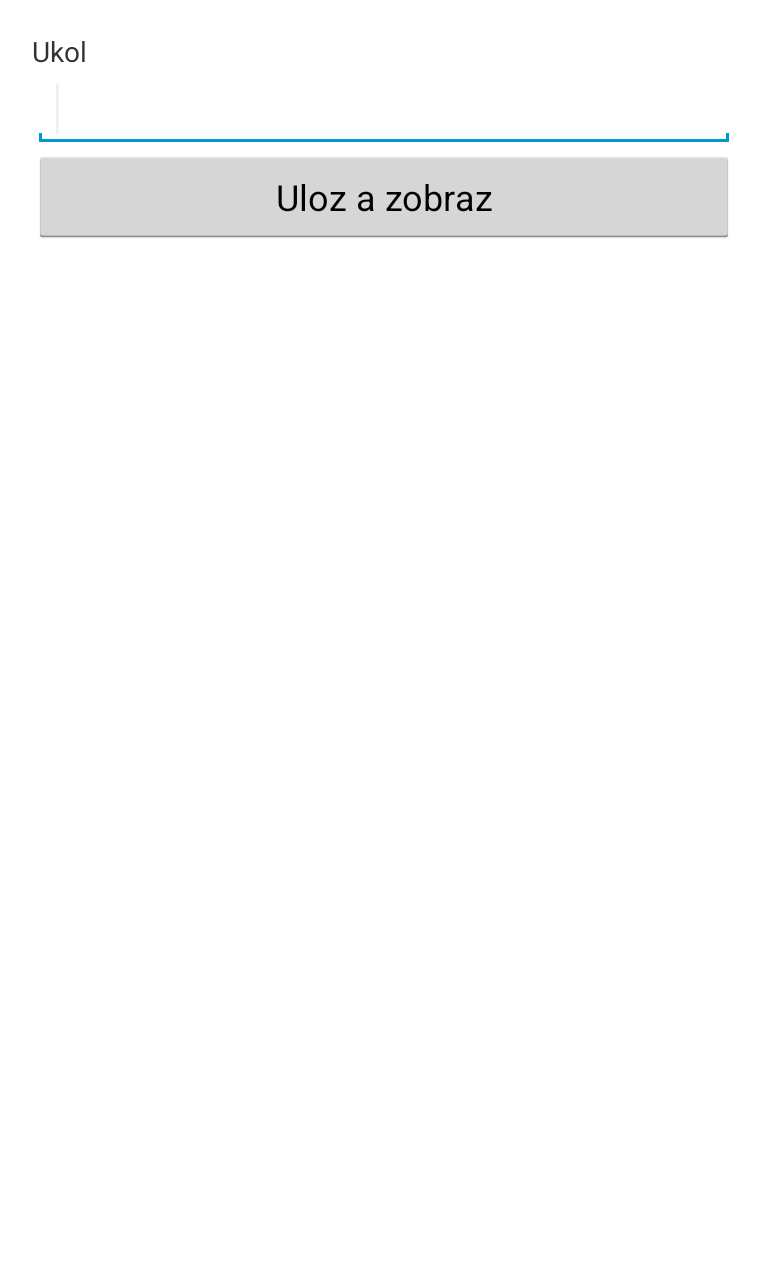
Repository: petrmohelnik/itu
Layout: Todo/res/layout/activity_main.xml
The author's editor kept a copy of each file at every save. The layout is drawn from the files as they stood at one save, then again after the next save.
It is drawn on a 768 x 1280 px phone screen (xhdpi) without system bars, with theme AppTheme; the app's code is not run. Lists and similar views that code fills are empty.

Above is the layout before, as saved 2013-11-28 21:22:09.

### Todo/res/layout/activity_main.xml
<RelativeLayout xmlns:android="http://schemas.android.com/apk/res/android"
    xmlns:tools="http://schemas.android.com/tools"
    android:layout_width="match_parent"
    android:layout_height="match_parent"
    android:paddingBottom="@dimen/activity_vertical_margin"
    android:paddingLeft="@dimen/activity_horizontal_margin"
    android:paddingRight="@dimen/activity_horizontal_margin"
    android:paddingTop="@dimen/activity_vertical_margin"
    tools:context=".MainActivity" >

    <LinearLayout
        android:id="@+id/linearLayout1"
        android:layout_width="match_parent"
        android:layout_height="match_parent"
        android:layout_alignParentLeft="true"
        android:layout_alignParentTop="true"
        android:orientation="vertical" >

        <TextView
            android:id="@+id/ukol"
            android:layout_width="wrap_content"
            android:layout_height="wrap_content"
            android:text="@string/ukol" />

        <EditText
            android:id="@+id/ukolText"
            android:layout_width="match_parent"
            android:layout_height="wrap_content"
            android:ems="10" >

            <requestFocus />
        </EditText>

        <Button
            android:id="@+id/ulozAZobraz"
            android:layout_width="match_parent"
            android:layout_height="wrap_content"
            android:text="@string/ulozAZobraz"
            android:onClick="saveAndShow" />

		<ScrollView
		    	android:layout_width="fill_parent"
	   			android:layout_height="200dp"

		    >

	        <LinearLayout
	            android:layout_width="match_parent"
	            android:layout_height="wrap_content"
	            android:orientation="vertical"
	            android:padding="2dp" >

	        	<ListView
	        	    android:id="@+id/MessageList"
        			android:layout_width="match_parent"
        			android:layout_height="0dip"
 			        android:layout_weight="2" >


	        	</ListView>




	        </LinearLayout>

          </ScrollView>



        </LinearLayout>

</RelativeLayout>

### Todo/res/values/strings.xml
<?xml version="1.0" encoding="utf-8"?>
<resources>

    <string name="app_name">Todo</string>
    <string name="action_settings">Settings</string>
    <string name="hello_world">Hello world!</string>
    <string name="ukol">Ukol</string>
    <string name="ulozeneUkoly">Ulozene ukoly</string>
    <string name="ulozAZobraz">Uloz a zobraz</string>

</resources>

Loaded but not shown: Todo/res/values/styles.xml (common file); Todo/res/values-v11/styles.xml (common file); Todo/res/values-v14/styles.xml (common file); Todo/res/values/dimens.xml (common file)

After the next save:
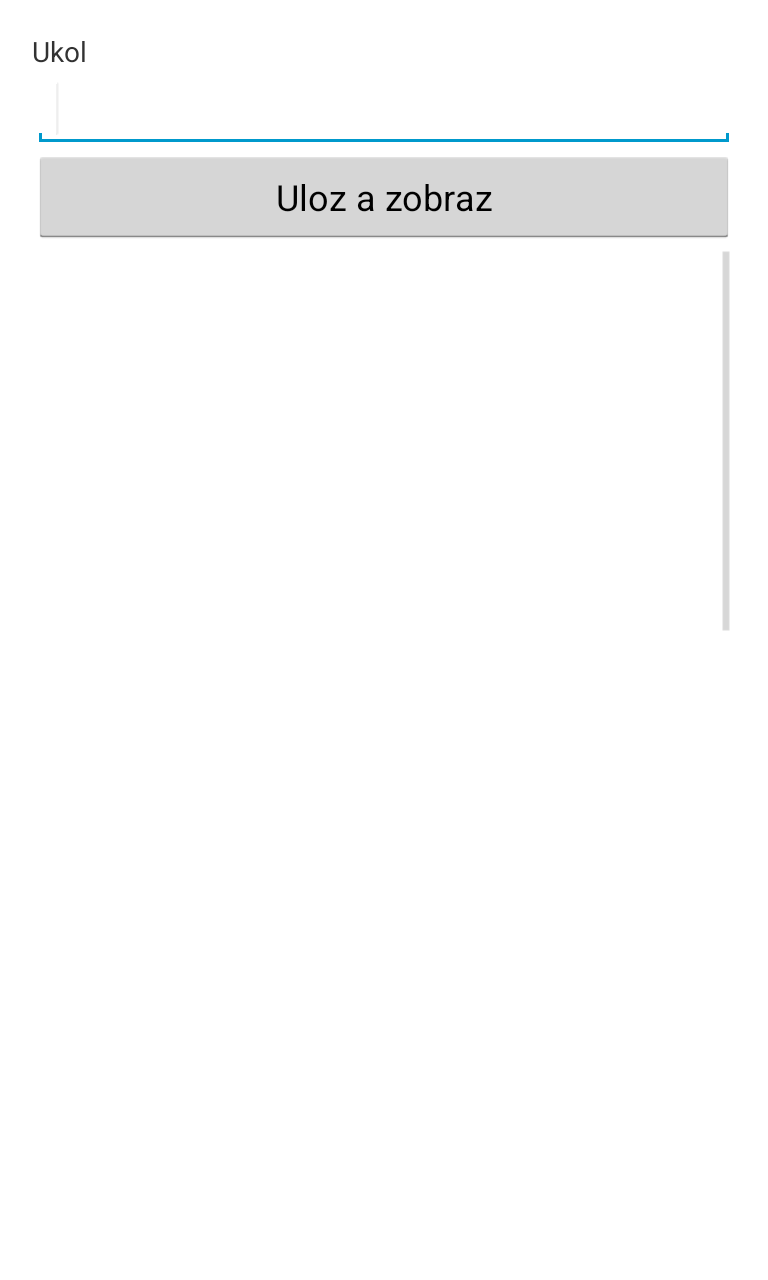
Saved 3 min 51 s later.
--- a/Todo/res/layout/activity_main.xml
+++ b/Todo/res/layout/activity_main.xml
@@ -46,16 +46,15 @@
 
 	        <LinearLayout
 	            android:layout_width="match_parent"
-	            android:layout_height="wrap_content"
+	            android:layout_height="200dp"
 	            android:orientation="vertical"
 	            android:padding="2dp" >
 
 	        	<ListView
 	        	    android:id="@+id/MessageList"
-        			android:layout_width="match_parent"
-        			android:layout_height="0dip"
- 			        android:layout_weight="2" >
-
+	        	    android:layout_width="match_parent"
+	        	    android:layout_height="200dp"
+	        	    android:layout_weight="5.74" >
 
 	        	</ListView>
 

After the save that followed:
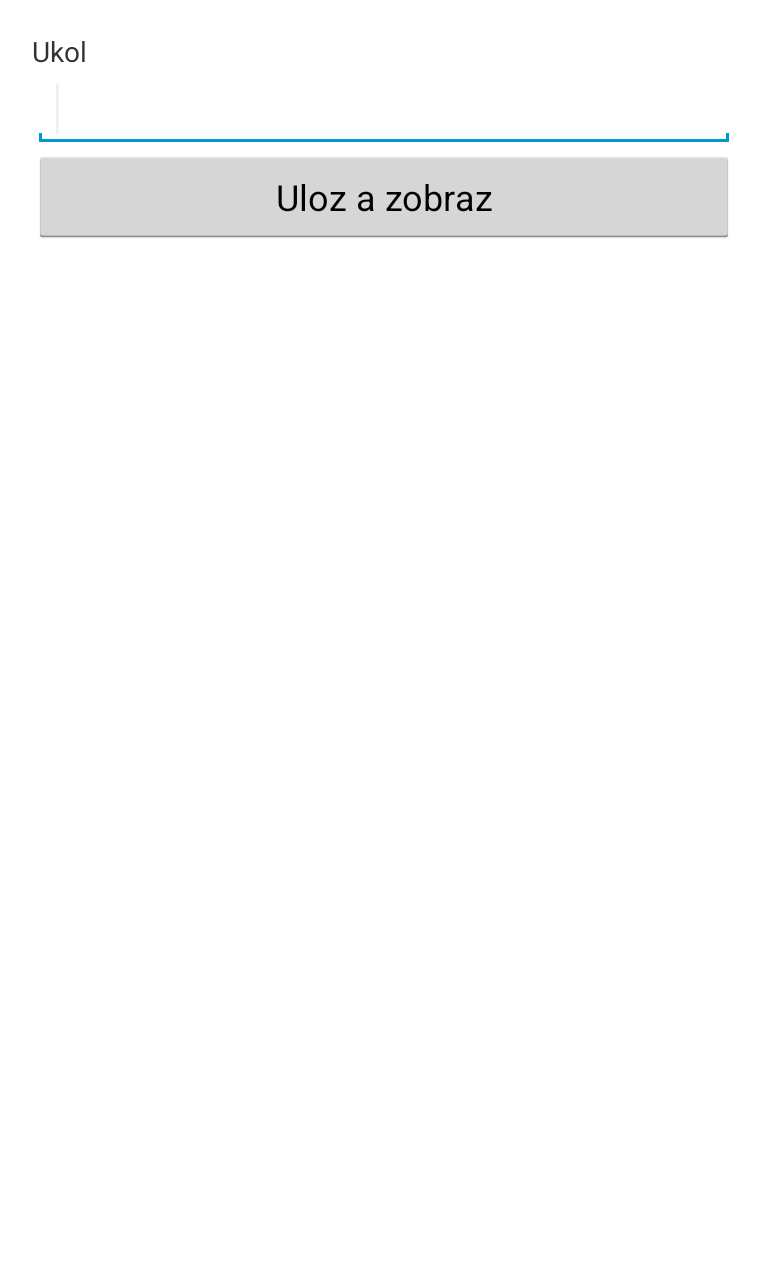
Saved 64 s later.
--- a/Todo/res/layout/activity_main.xml
+++ b/Todo/res/layout/activity_main.xml
@@ -53,7 +53,7 @@
 	        	<ListView
 	        	    android:id="@+id/MessageList"
 	        	    android:layout_width="match_parent"
-	        	    android:layout_height="200dp"
+	        	    android:layout_height="0dip"
 	        	    android:layout_weight="5.74" >
 
 	        	</ListView>
